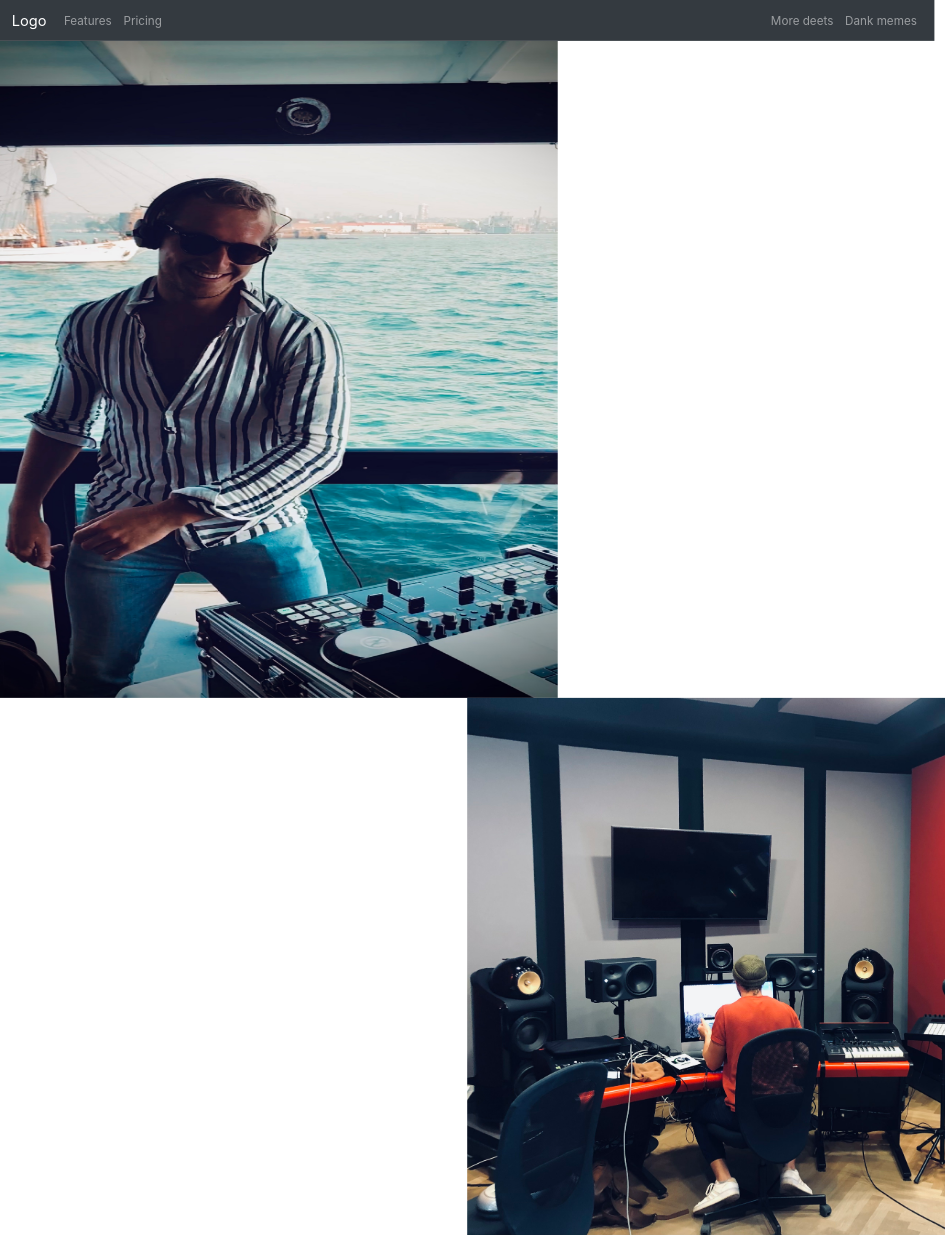
Repository: schweizercode/schweezzy
Page: /
The author's editor kept a copy of each file at every save. The page is drawn from the files as they stood at one save, then again after a run of saves.
The browser window is 1280 px wide. The page is 1295 px wide, so the pictures cover 1295 px, including what lies to the right of the window. The pictures show the whole page, at 73% of full size.
The project was rebuilt for these pictures with package versions that can differ from the ones it lists, and the page was loaded fresh each time.

Above is the page before, as saved 2021-04-14 13:14:33.

### public/index.html
<!DOCTYPE html>
<html lang="en">

<head>
  <meta charset="utf-8" />
  <link rel="icon" href="%PUBLIC_URL%/favicon.ico" />
  <meta name="viewport" content="width=device-width, initial-scale=1" />
  <meta name="theme-color" content="#000000" />
  <meta name="description" content="Web site created using create-react-app" />
  <link rel="apple-touch-icon" href="%PUBLIC_URL%/logo192.png" />
  <link rel="stylesheet" href="https://cdn.jsdelivr.net/npm/bootstrap@4.6.0/dist/css/bootstrap.min.css"
    integrity="sha384-B0vP5xmATw1+K9KRQjQERJvTumQW0nPEzvF6L/Z6nronJ3oUOFUFpCjEUQouq2+l" crossorigin="anonymous" />
  <!--
      manifest.json provides metadata used when your web app is installed on a
      user's mobile device or desktop. See https://developers.google.com/web/fundamentals/web-app-manifest/
    -->
  <link rel="manifest" href="%PUBLIC_URL%/manifest.json" />
  <!--
      Notice the use of %PUBLIC_URL% in the tags above.
      It will be replaced with the URL of the `public` folder during the build.
      Only files inside the `public` folder can be referenced from the HTML.

      Unlike "/favicon.ico" or "favicon.ico", "%PUBLIC_URL%/favicon.ico" will
      work correctly both with client-side routing and a non-root public URL.
      Learn how to configure a non-root public URL by running `npm run build`.
    -->
  <title>React App</title>
</head>

<body>
  <noscript>You need to enable JavaScript to run this app.</noscript>
  <div id="root"></div>
  <!--
      This HTML file is a template.
      If you open it directly in the browser, you will see an empty page.

      You can add webfonts, meta tags, or analytics to this file.
      The build step will place the bundled scripts into the <body> tag.

      To begin the development, run `npm start` or `yarn start`.
      To create a production bundle, use `npm run build` or `yarn build`.
    -->
</body>

</html>

### src/App.js
import React from 'react';
import './App.css';
import Navbar from './Navbar.js';
import Mainpage from './Mainpage.js';


function App() {
  return (
    <div className="App">
      <Navbar />
      <Mainpage />

    </div>
  );
}

export default App;

### src/Navbar.js
import { React } from 'react';
import * as ReactBootStrap from 'react-bootstrap';


function Nav() {
    return (

        <>
            <ReactBootStrap.Navbar collapseOnSelect expand="lg" bg="dark" variant="dark">
                <ReactBootStrap.Navbar.Brand href="#home">Logo</ReactBootStrap.Navbar.Brand>
                <ReactBootStrap.Navbar.Toggle aria-controls="responsive-navbar-nav" />
                <ReactBootStrap.Navbar.Collapse id="responsive-navbar-nav">
                    <ReactBootStrap.Nav className="mr-auto">
                        <ReactBootStrap.Nav.Link href="#features">Features</ReactBootStrap.Nav.Link>
                        <ReactBootStrap.Nav.Link href="#pricing">Pricing</ReactBootStrap.Nav.Link>
                        {/* <ReactBootStrap.NavDropdown title="Dropdown" id="collasible-nav-dropdown">
                            <ReactBootStrap.NavDropdown.Item href="#action/3.1">Action</ReactBootStrap.NavDropdown.Item>
                            <ReactBootStrap.NavDropdown.Item href="#action/3.2">Another action</ReactBootStrap.NavDropdown.Item>
                            <ReactBootStrap.NavDropdown.Item href="#action/3.3">Something</ReactBootStrap.NavDropdown.Item>
                            <ReactBootStrap.NavDropdown.Divider />
                            <ReactBootStrap.NavDropdown.Item href="#action/3.4">Separated link</ReactBootStrap.NavDropdown.Item>
                        </ReactBootStrap.NavDropdown> */}
                    </ReactBootStrap.Nav>
                    <ReactBootStrap.Nav>
                        <ReactBootStrap.Nav.Link href="#deets">More deets</ReactBootStrap.Nav.Link>
                        <ReactBootStrap.Nav.Link eventKey={2} href="#memes">
                            Dank memes
      </ReactBootStrap.Nav.Link>
                    </ReactBootStrap.Nav>
                </ReactBootStrap.Navbar.Collapse>
            </ReactBootStrap.Navbar>
        </>

    );
}

export default Nav;

### src/Mainpage.js
import React from 'react';
import img1 from './images/dj.jpg';
import img2 from './images/producer.jpg';




function Mainpage() {
    return (

        <div class='row'>
            <div class='column'>
                <img src={img1} alt="" style={{
                    width: '43%', float: 'left', width: '779px', height: '900px',
                }} />
                <img src={img2} alt="" style={{ width: '50%', float: 'right' }} />
            </div>
        </div>


    );
}



export default Mainpage;

Loaded but not shown: src/index.js (common file); src/index.css (common file); src/reportWebVitals.js (common file); src/App.css (common file)

After the next 2 saves:
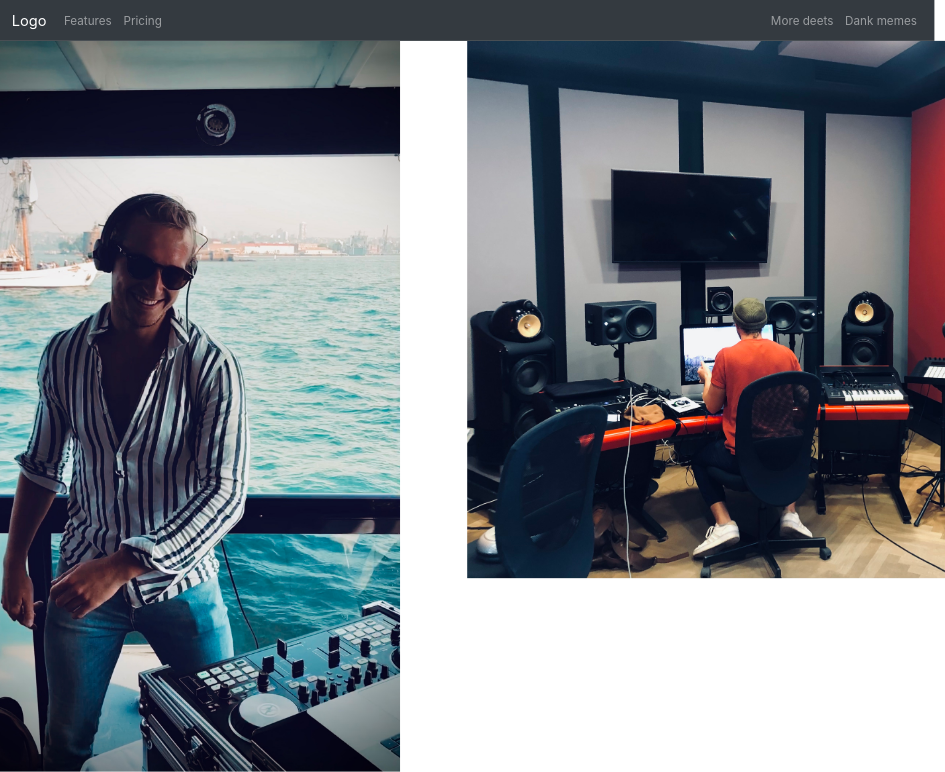
The 2 saves are shown as one change because 1 did not build or start.
The last was saved 24 s later.
--- a/src/Mainpage.js
+++ b/src/Mainpage.js
@@ -10,9 +10,7 @@ function Mainpage() {
 
         <div class='row'>
             <div class='column'>
-                <img src={img1} alt="" style={{
-                    width: '43%', float: 'left', width: '779px', height: '900px',
-                }} />
+                <img src={img1} alt="" style={{ width: '43%', float: 'left' }} />
                 <img src={img2} alt="" style={{ width: '50%', float: 'right' }} />
             </div>
         </div>
